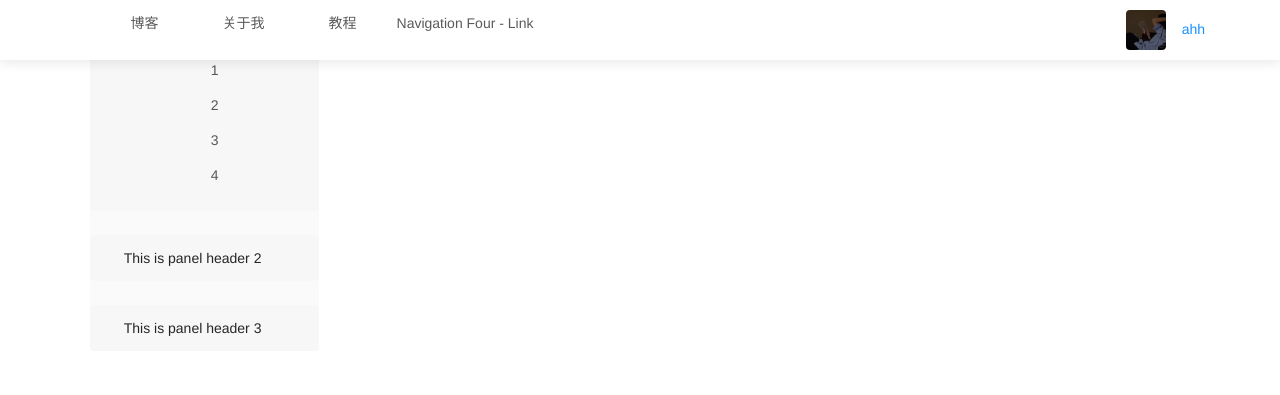
Repository: GitDjAr/blog
Page: /notes (app in myblog/)
The author's editor kept a copy of each file at every save. The page is drawn from the files as they stood at one save, then again after the next save.
The browser window is 1280 px wide. The pictures show the whole page.
The project was rebuilt for these pictures with package versions that can differ from the ones it lists, and the page was loaded fresh each time. Also part of the build but not shown: myblog/webpack.config.js. Imported but missing from the stored project, and not drawn on this page: myblog/src/store/getters, myblog/src/views/about/about.

Above is the page before, as saved 2020-12-27 19:23:35.

### myblog/src/main.js
import Vue from 'vue'
import App from './App.vue'
import router from './router/index'
import store from './store/index'
import 'ant-design-vue/dist/antd.css'; // or 'ant-design-vue/dist/antd.less'


import Antd from 'ant-design-vue';
Vue.use(Antd);
new Vue({
  el: '#app',
  router,
  store,
  render: h => h(App)
})

### myblog/src/App.vue
<template>
  <div id="app">
    <headers></headers>
    <div class="conten">
      <router-view/>
    </div>
  </div>
</template>

<script>
import headers from 'v/header/header'
export default {
  components:{
    headers,
  },
  name: 'app',
  data () {
    return {
    }
  }
}
</script>

<style lang="scss">
#app {
  font-family: 'Avenir', Helvetica, Arial, sans-serif;
  -webkit-font-smoothing: antialiased;
  -moz-osx-font-smoothing: grayscale;
  text-align: center;
  color: #2c3e50;
  .conten{
    width: 1100px;
    margin: auto;
  }
}

</style>

### myblog/src/router/index.js
import Vue from 'vue'
import Router from 'vue-router'
Vue.use(Router)

// 暴露router
const router = new Router({
  mode:'history',
  routes:[
    {
      path:'/',
      redirect:'/index',
    },
    {
      path:'/index',
      meat:{title:'hello,欢迎来到我博客',foter:false},
      name:'index',
      component:()=>import('@/views/index')
    },
    {
      path:'/about',
      meat:{title:'关于我',foter:true},
      name:'about',
      component:()=>import('@/views/about/about')
    },
    {
      path:'/notes',
      meat:{title:'笔记',foter:true},
      name:'notes',
      component:()=>import('@/views/notes/notes')
    }
  ]
})

export default router

### myblog/src/store/index.js
import Vue from 'vue'
import Vuex from 'vuex'
import {getters} from './getters'

Vue.use(Vuex)

const store = new Vuex.Store({
  state:{
    Switch_:localStorage.getItem('state')  //dattiem or nightime
  },
  modules:{
    Switch_(state,status){
      // localStorage.setItem(state) = status
    }
  },
getters
})

export default store

### myblog/src/views/header/header.vue
<!--  -->
<template>
<div class="header-x">
  <a-row align='middle' type='flex' justify='space-between'>
    <a-col
    :lg="{span:'12'}"
    span='2'
    class="ul_flat"
    >
      <a-menu v-model="current" mode="horizontal"
      @click='titleClick '>
        <a-menu-item key="index"> <a-icon type="mail" />博客</a-menu-item>
        <a-menu-item key="about"> <a-icon type="mail" />关于我</a-menu-item>
        <a-sub-menu>
          <span slot="title" class="submenu-title-wrapper"
            ><a-icon type="setting" />教程</span
          >
          <a-menu-item-group title="Item 1">
            <a-menu-item key="notes">
              笔记
            </a-menu-item>
            <a-menu-item key="setting:2">
              Option 2
            </a-menu-item>
          </a-menu-item-group>
          <a-menu-item-group title="Item 2">
            <a-menu-item key="setting:3">
              Option 3
            </a-menu-item>
            <a-menu-item key="setting:4">
              Option 4
            </a-menu-item>
          </a-menu-item-group>
        </a-sub-menu>
        <a-menu-item key="alipay">
          <a href="https://antdv.com" target="_blank" rel="noopener noreferrer"
            >Navigation Four - Link</a
          >
        </a-menu-item>
      </a-menu>
    </a-col>

    <a-col lg='6' :span="4"  >
        <a-icon type="fullscreen"
          @click="阿"
          v-if="isicon"/>
      <a-avatar shape="square" :src='userimg' :size="40" icon="user" />
      <a-button type="link">
      {{name}}
      </a-button>
    </a-col>
  </a-row>
</div>
</template>

<script>
import userimg from '@/assets/image/1.jpg'
export default {

  components: {

},
  data () {
    return {
      userimg:userimg,
      name:'ahh',
      isicon:'',
      current: ['mail'],
    };
  },

  filters: {

},

  watch: {
},

  computed: {
},

  methods: {
    titleClick (e){
      this.$router.push({
        path:e.key
      })
    },

},

  mounted(){
    window.addEventListener('resize',this.bodysize,false)
},
}

</script>
<style scoped lang='scss'>
.header-x{
  position: fixed;
  z-index: 100;
  box-shadow: 0 2px 12px 0 rgba(0, 0, 0, 0.1);
  height: 60px;
  width: 100%;
  .ant-menu-root {
    border:none
  }
  .ant-menu-horizontal{
    box-sizing: border-box;
    border:none
    .ant-menu-item{
      line-height: 60px;
      height: 60px;
    }
    height: 60px;
  }
}
</style>

### myblog/src/views/notes/notes.vue
<!--  -->
<template>
  <div>
    <a-row>
      <a-col :span='0' :lg="{span:'6'}" :xl="{span:'5'}">
        <div>
          <a-collapse default-active-key="1" :bordered="false"
          expand-icon-position='right'>
            <template #expandIcon="props">
              <a-icon type="caret-right" :rotate="props.isActive ? 90 : 0" />
            </template>
            <a-collapse-panel key="1" header="This is panel header 1" :style="customStyle">
              <p v-for="(item, index) in 4"
              class="nav_lsit">{{item}}</p>
            </a-collapse-panel>
            <a-collapse-panel key="2" header="This is panel header 2" :style="customStyle">
              <p>{{ text }}</p>
            </a-collapse-panel>
            <a-collapse-panel key="3" header="This is panel header 3" :style="customStyle">
              <p>{{ text }}</p>
            </a-collapse-panel>
          </a-collapse>
        </div>
      </a-col>
    </a-row>
  </div>
</template>

<script>
export default {
  data () {
    return {
      text: `A dog is a type of domesticated animal.Known for its loyalty and faithfulness,it can be found as a welcome guest in many households across the world.`,
      customStyle:
        'background: #f7f7f7;border-radius: 4px;margin-bottom: 24px;border: 0;overflow: hidden',
    };
  },
  mounted(){

},

  methods: {

}
}

</script>
<style scoped lang='scss'>
.nav_lsit{
  margin: 5px 10px;
  width: 100%;
  height: 30px;
  line-height: 30px;
}
.nav_lsit:hover{
  background: rgb(242, 242, 242);
}
</style>

After the next save:
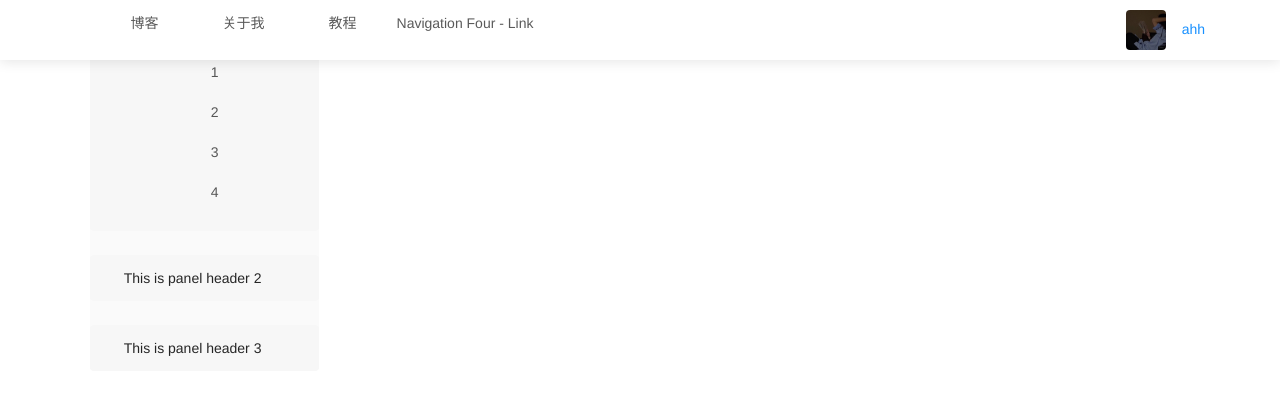
Saved 8 s later.
--- a/myblog/src/views/notes/notes.vue
+++ b/myblog/src/views/notes/notes.vue
@@ -49,8 +49,8 @@ export default {
 .nav_lsit{
   margin: 5px 10px;
   width: 100%;
-  height: 30px;
-  line-height: 30px;
+  height: 35px;
+  line-height: 35px;
 }
 .nav_lsit:hover{
   background: rgb(242, 242, 242);
